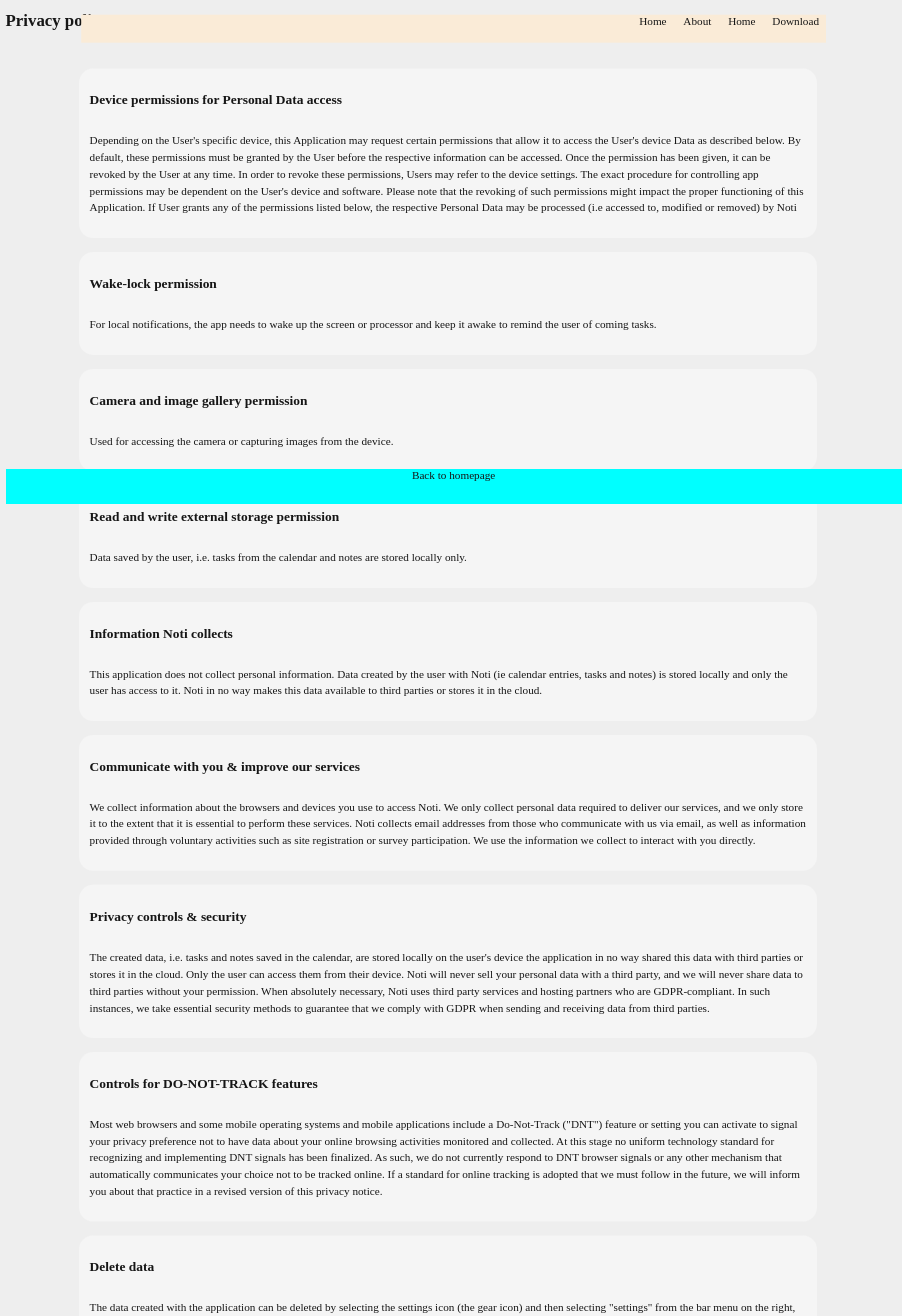
Repository: RafalSiuta/notiweb
Page: policy.html
These files come from the project's save history. The page is drawn as it stood at one moment and after the next save; the edit follows.
The browser window is 1280 px wide. The page is 1288 px wide, so the pictures cover 1288 px, including what lies to the right of the window. The pictures show the part of the page from y = 0 to 1880 px (the page is 3331 px tall before and 3755 px after), at 70% of full size.

Above is the page before, as saved 2024-12-15 02:10:27.

After the next save:
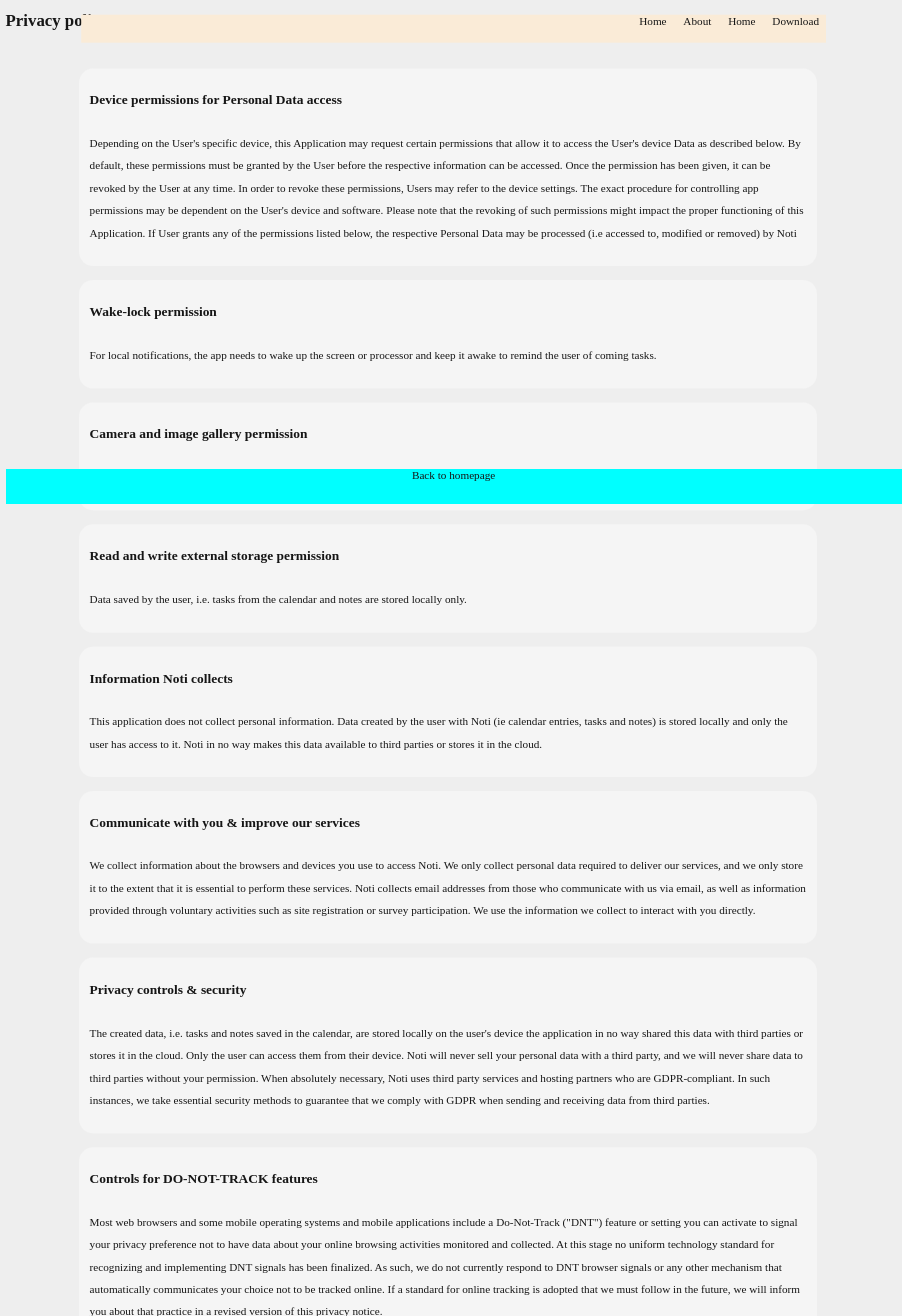
Saved 67 s later.
--- a/styles/styles.css
+++ b/styles/styles.css
@@ -85,7 +85,7 @@
     border-radius: 20px;
 }
 p{
-    line-height: 1.5em;
+    line-height: 2em;
     font-family: 'Exo-medium';
     color: #161616;
 }
